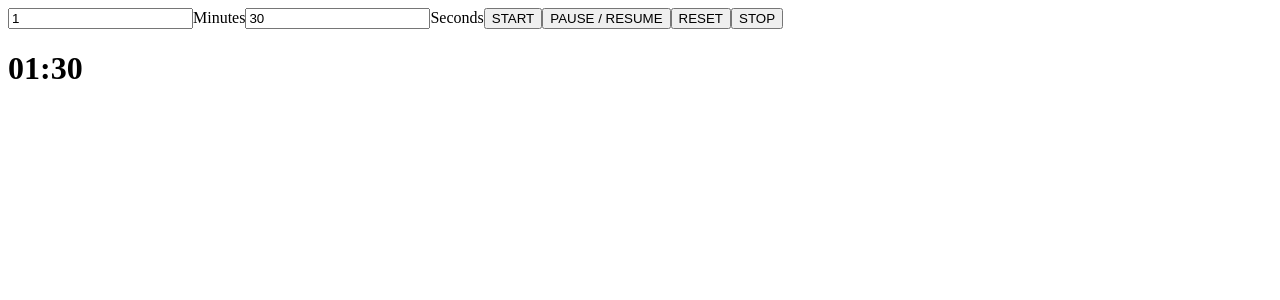
Repository: mariocapitbrok/set-interval-js-timer
Page: /
An editor plug-in stored every save of this project. The page is shown before and after the next save, followed by the edit.
The browser window is 1280 px wide. The pictures show the whole page.
The project was rebuilt for these pictures with package versions that can differ from the ones it lists, and the page was loaded fresh each time.

Above is the page before, as saved 2022-07-20 13:02:27.

After the next save:
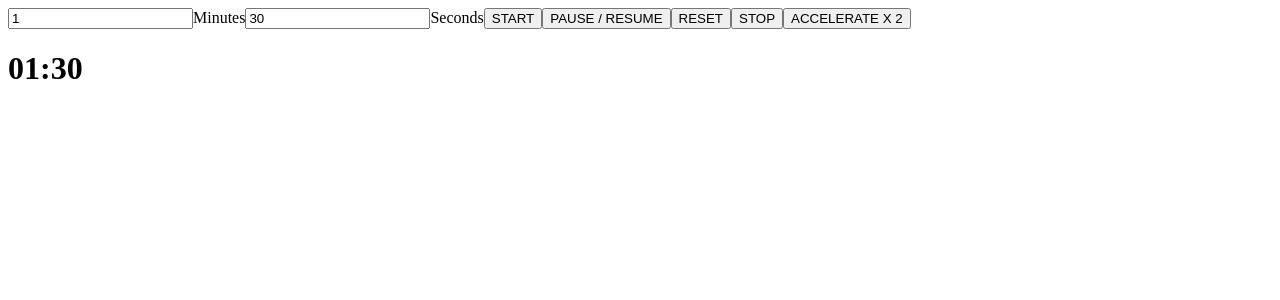
Saved 7 min 48 s later.
--- a/src/components/solution.jsx
+++ b/src/components/solution.jsx
@@ -101,6 +101,10 @@ function Solution() {
     setStart(false)
   }
 
+  const accelTimer = () => {
+    if (timerId) setTimerId(setTimer())
+  }
+
   console.log('time render', time)
 
   return (
@@ -131,6 +135,7 @@ function Solution() {
       <button onClick={pauseTimer}>PAUSE / RESUME</button>
       <button onClick={resetTimer}>RESET</button>
       <button onClick={stopTimer}>STOP</button>
+      <button onClick={accelTimer}>ACCELERATE X 2</button>
 
       <h1 data-testid="running-clock">{`${twoDigits(minutes)}:${twoDigits(
         seconds
